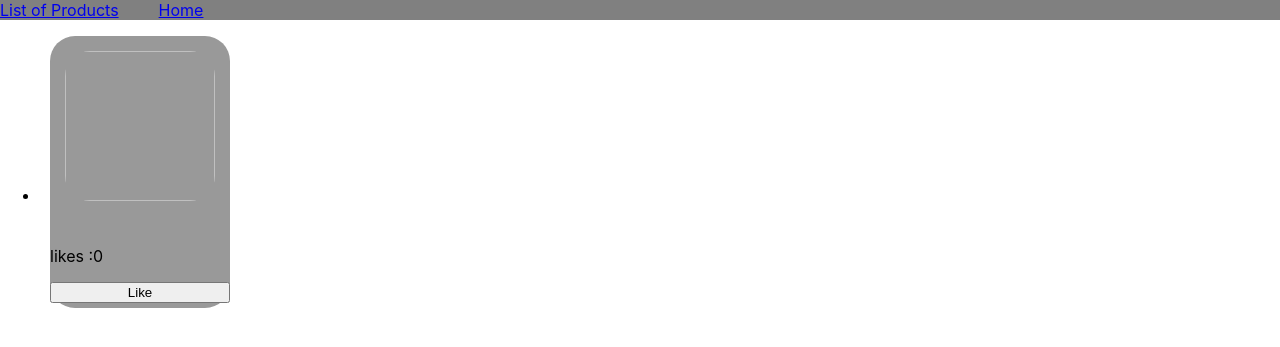
Repository: HibaMateur/atelier1-React
Page: /products/details/Juice bottle
These files come from the project's save history. The page is drawn as it stood at one moment and after the next save; the edit follows.
The browser window is 1280 px wide. The pictures show the whole page.
The project was rebuilt for these pictures with package versions that can differ from the ones it lists, and the page was loaded fresh each time. Also part of the build but not shown: src/App.css, src/component/home.component.jsx, src/component/product.list.component.jsx.

Above is the page before, as saved 2022-02-10 21:43:50.

After the next save:
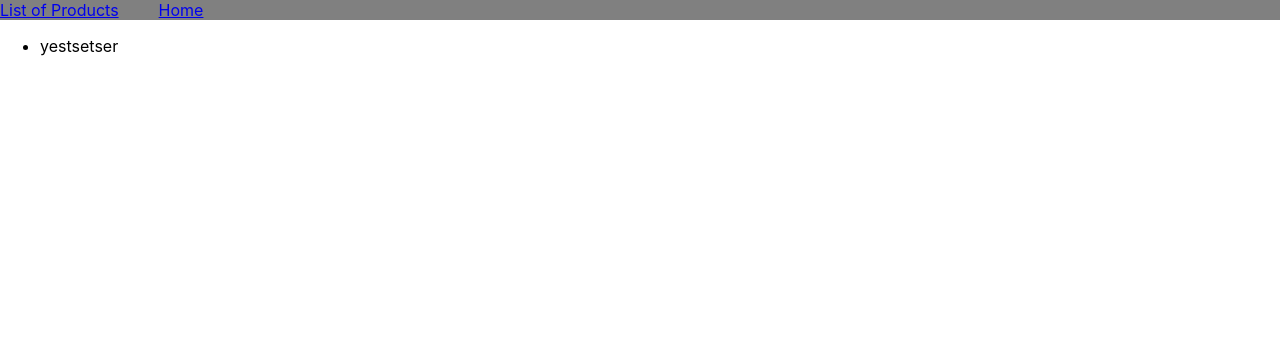
Saved 23 s later.
--- a/src/component/product.details.component.jsx
+++ b/src/component/product.details.component.jsx
@@ -3,9 +3,7 @@
 function ProductsDetails(props) {
   return (
     <ul>
-      <li key={props.name}>
-        <Product price={props.price} img={props.img} />
-      </li>
+      <li key={props.name}>yestsetser</li>
     </ul>
   );
 }

After the save that followed:
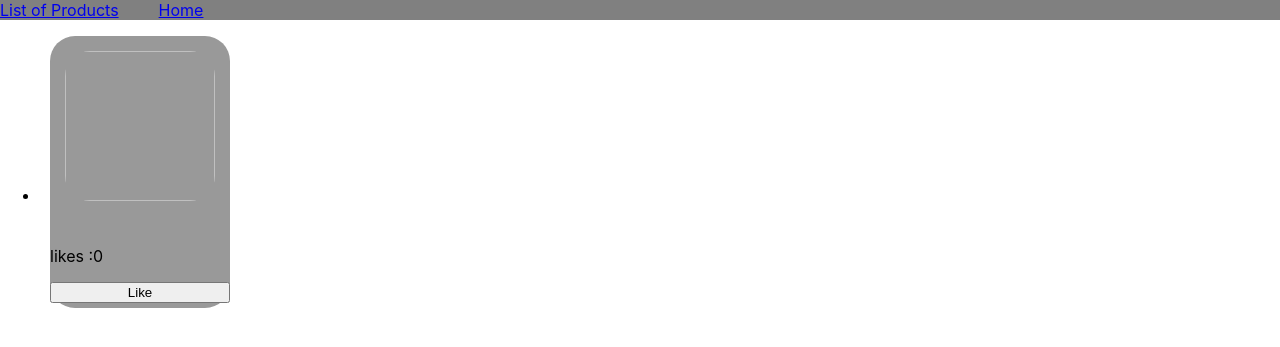
Saved 7 s later.
--- a/src/component/product.details.component.jsx
+++ b/src/component/product.details.component.jsx
@@ -3,7 +3,9 @@
 function ProductsDetails(props) {
   return (
     <ul>
-      <li key={props.name}>yestsetser</li>
+      <li key={props.name}>
+        <Product price={props.price} img={props.img} />
+      </li>
     </ul>
   );
 }
